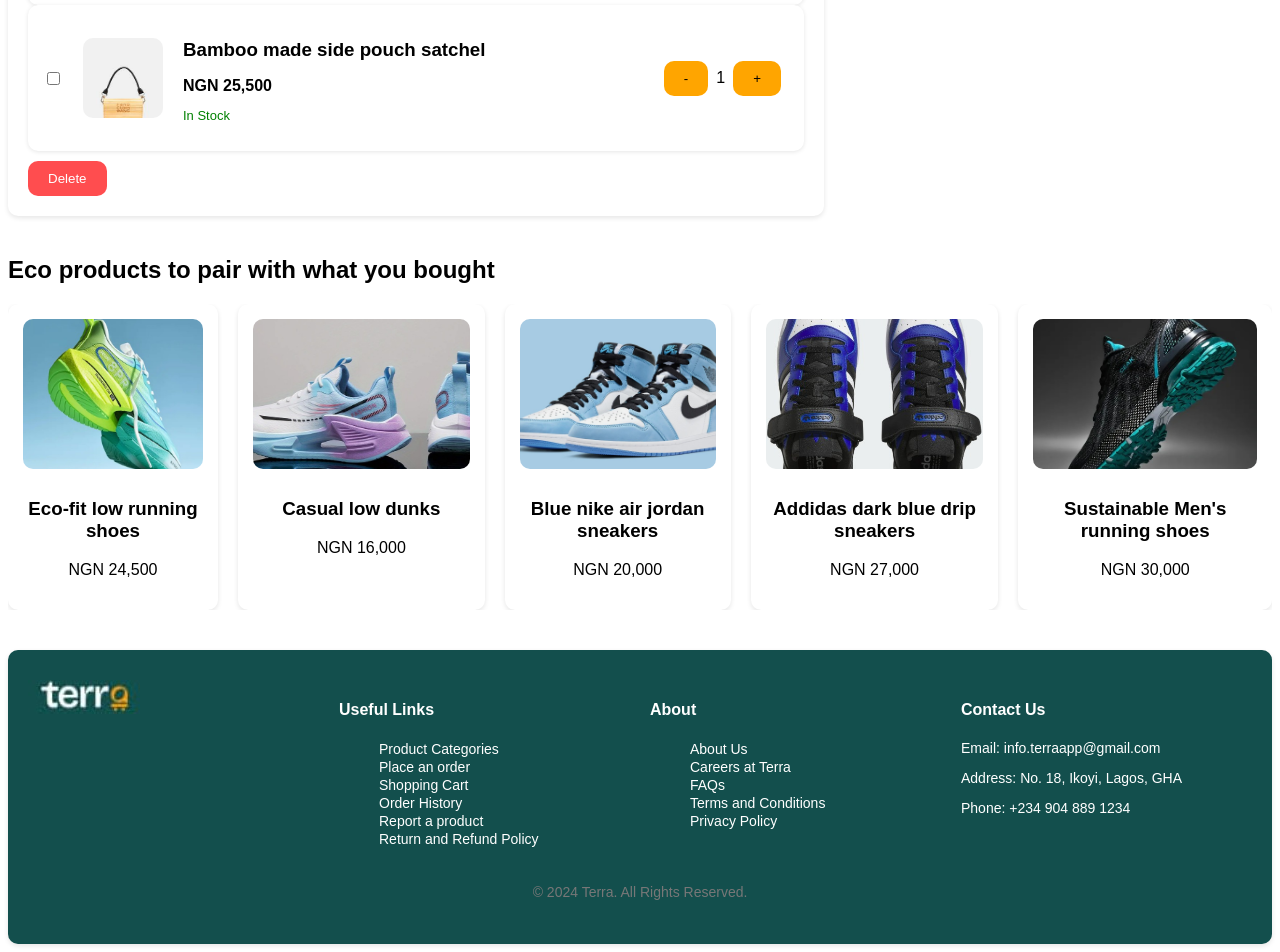
Repository: Femi007-gh/e-commerce
Page: index.html
These files come from the project's save history. The page is drawn as it stood at one moment and after the next save; the edit follows.
The browser window is 1280 px wide. The pictures show the part of the page from y = 1080 to 2032 px (the page is 2032 px tall).
A picture or video elsewhere on the page could not be fetched, so the positions and the page height are approximate.

Above is the page before, as saved 2025-04-29 12:15:02.

After the next save:
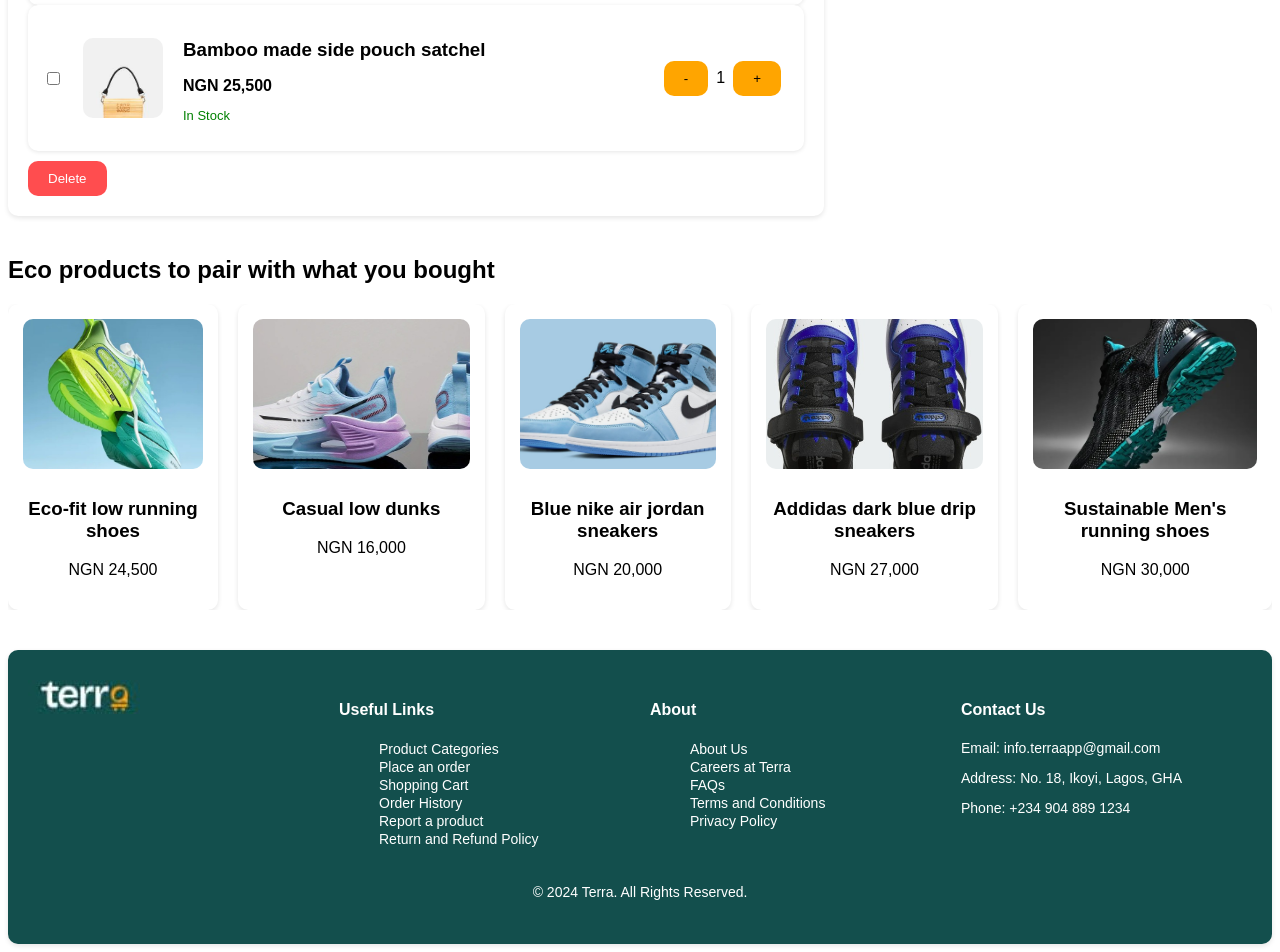
Saved 15 s later.
--- a/style.css
+++ b/style.css
@@ -342,7 +342,7 @@
 .footer-bottom {
   text-align: center;
   font-size: 14px;
-  color: #777;
+  color: white;
   margin-top: 10px;
 }
 
